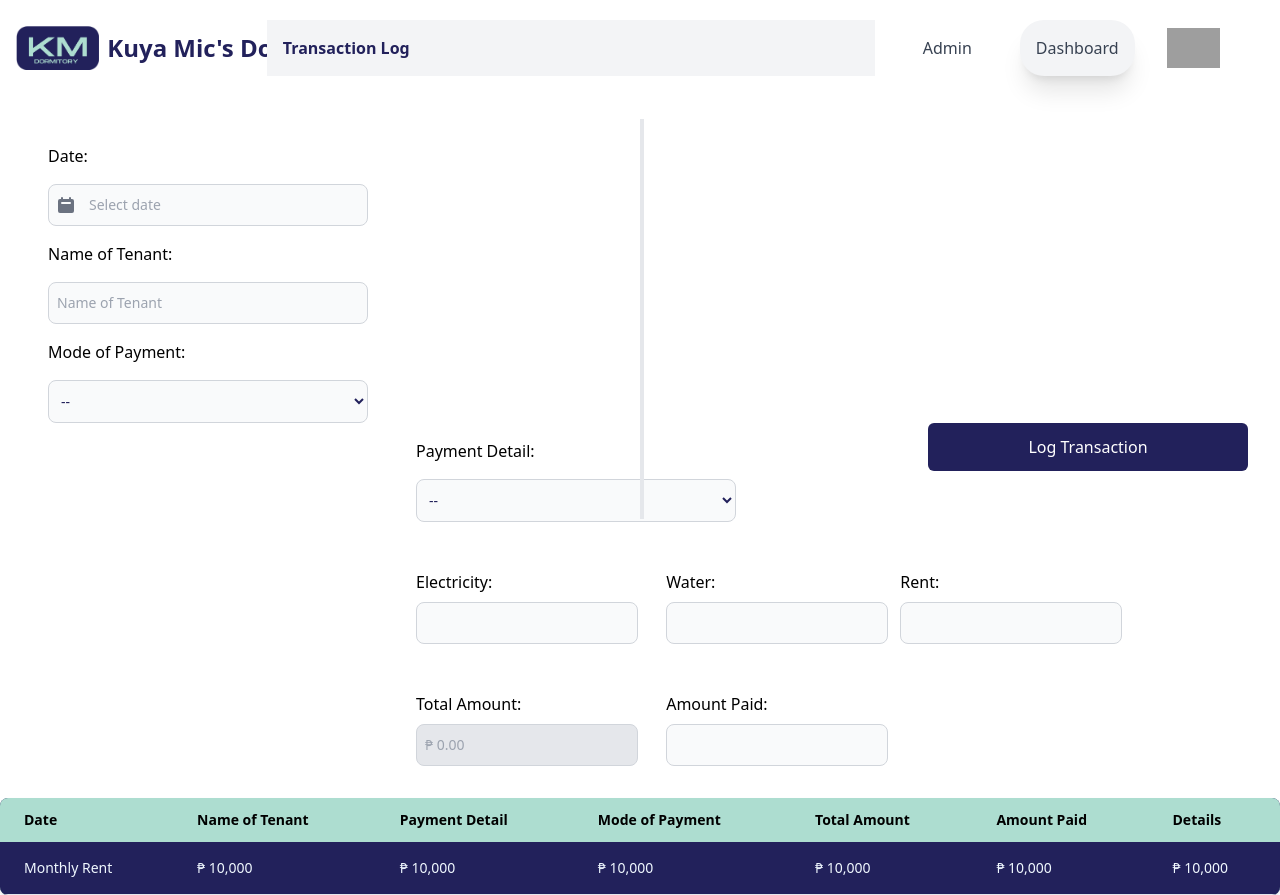
Repository: theamgri/Dormitory-Management-System
Page: paymentactivity.html
An editor plug-in stored every save of this project. The page is shown before and after the next save, followed by the edit.
The browser window is 1280 px wide. The pictures show the whole page.
Pictures or frames that could not be fetched are drawn as grey boxes. Some web libraries are served in a nearby version.

Above is the page before, as saved 2023-01-11 22:24:53.

After the next save:
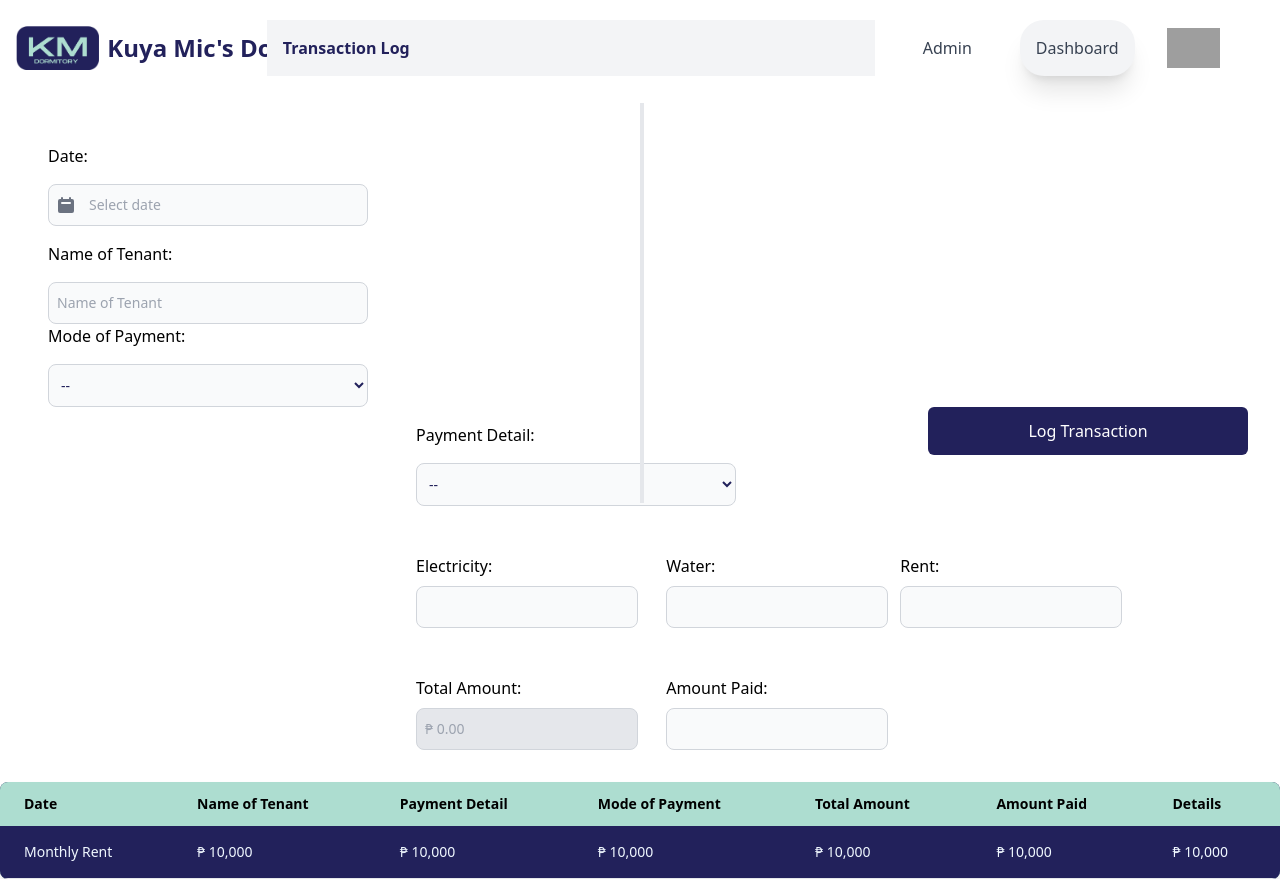
Saved 2 min 22 s later.
--- a/paymentactivity.html
+++ b/paymentactivity.html
@@ -63,7 +63,7 @@
   </div>
 
 
-    <div style="margin-left:3rem; margin-top: 1rem;">
+    <div style="margin-left:3rem; margin-top: 0rem;">
     <h3>Mode of Payment:</h3>
     <select class="bg-gray-50 border border-gray-300 text-gray-900 text-sm rounded-lg focus:ring-blue-500 focus:border-blue-500 block w-80 pl-2 p-2.5 dark:border-gray-600 dark:placeholder-gray-400 dark:text-white dark:focus:ring-blue-500 dark:focus:border-blue-500" style="color: #22215B; margin-top: 1rem;" placeholder="Mode of Payment">
       <option>--</option>
